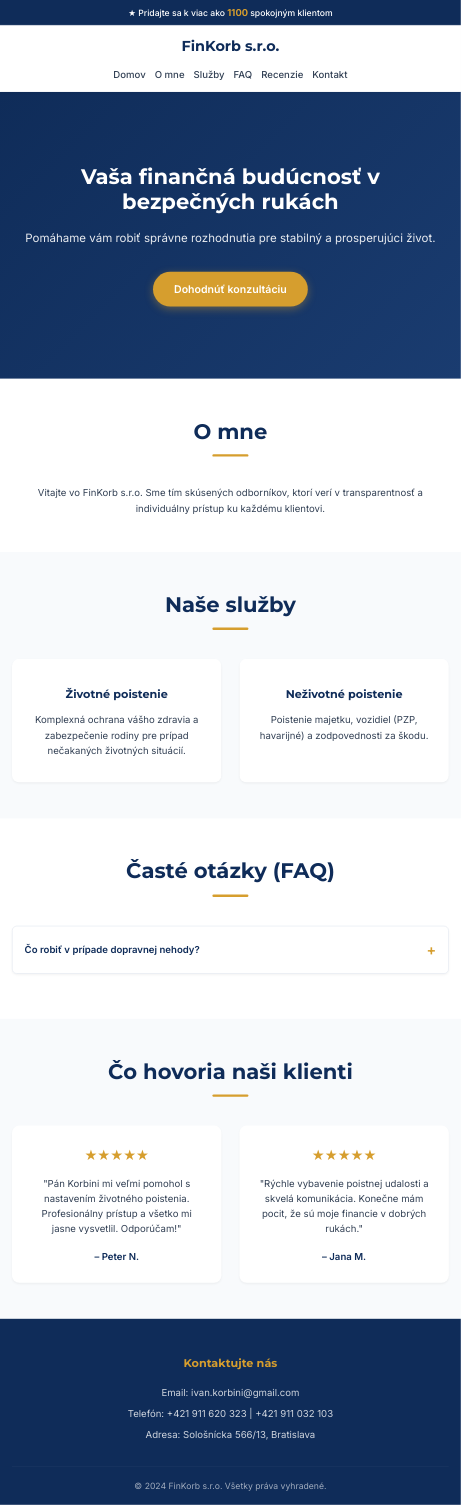
Repository: IvanK03/personal_web
Page: web/index.html
These files come from the project's save history. The page is drawn as it stood at one moment and after the next save; the edit follows.
The browser window is 768 px wide. The pictures show the whole page, at 60% of full size.

Above is the page before, as saved 2026-02-22 12:03:15.

### web/index.html
<!DOCTYPE html>
<html lang="sk">
<head>
    <meta charset="UTF-8">
    <meta name="viewport" content="width=device-width, initial-scale=1.0">
    <meta name="description" content="FinKorb s.r.o. - Komplexné finančné poradenstvo, poistenie, hypotéky a investovanie.">
    <title>FinKorb s.r.o. - Finančný poradca</title>
    <link rel="stylesheet" href="style.css">
</head>
<body>

    <!-- Hlavička s navigáciou -->
    <header>
        <div class="top-bar">
            ★ Pridajte sa k viac ako <strong class="pulse-number">1100</strong> spokojným klientom
        </div>
        <div class="container">
            <a href="#" class="logo">FinKorb s.r.o.</a>
            <nav>
                <ul>
                    <li><a href="#hero">Domov</a></li>
                    <li><a href="#o-mne">O mne</a></li>
                    <li><a href="#sluzby">Služby</a></li>
                    <li><a href="#faq">FAQ</a></li>
                    <li><a href="#recenzie">Recenzie</a></li>
                    <li><a href="#kontakt">Kontakt</a></li>
                </ul>
            </nav>
        </div>
    </header>

    <main>
        <!-- Hero sekcia -->
        <section id="hero">
            <div class="hero-content">
                <h1>Vaša finančná budúcnosť v bezpečných rukách</h1>
                <p>Pomáhame vám robiť správne rozhodnutia pre stabilný a prosperujúci život.</p>
                <a href="#kontakt" class="btn-primary">Dohodnúť konzultáciu</a>
            </div>
        </section>

        <!-- Sekcia O mne -->
        <section id="o-mne">
            <h2>O mne</h2>
            <p>Vitajte vo FinKorb s.r.o. Sme tím skúsených odborníkov, ktorí verí v transparentnosť a individuálny prístup ku každému klientovi.</p>
        </section>

        <!-- Sekcia Služby -->
        <section id="sluzby">
            <h2>Naše služby</h2>
            <div class="services-grid">
                <article class="service-item">
                    <h3>Životné poistenie</h3>
                    <p>Komplexná ochrana vášho zdravia a zabezpečenie rodiny pre prípad nečakaných životných situácií.</p>
                </article>
                <article class="service-item">
                    <h3>Neživotné poistenie</h3>
                    <p>Poistenie majetku, vozidiel (PZP, havarijné) a zodpovednosti za škodu.</p>
                </article>
            </div>
        </section>

        <!-- Sekcia Časté otázky (FAQ) -->
        <section id="faq">
            <h2>Časté otázky (FAQ)</h2>
            <details>
                <summary>Čo robiť v prípade dopravnej nehody?</summary>
                <p>Zachovajte pokoj, zabezpečte miesto nehody a skontrolujte zranenia. Ak je to nutné, volajte záchranné zložky (112). Pri väčšej škode alebo zranení je potrebné privolať políciu. Následne vyplňte správu, v prípade nejasností nás kontaktujte na čísle +421 911 620 323 alebo +421 911 032 103 – pomôžeme vám s nahlásením poistnej udalosti.</p>
            </details>
        </section>

        <!-- Sekcia Recenzie -->
        <section id="recenzie">
            <h2>Čo hovoria naši klienti</h2>
            <div class="reviews-grid">
                <article class="review-item">
                    <div class="stars">★★★★★</div>
                    <p>"Pán Korbini mi veľmi pomohol s nastavením životného poistenia. Profesionálny prístup a všetko mi jasne vysvetlil. Odporúčam!"</p>
                    <h4>– Peter N.</h4>
                </article>
                <article class="review-item">
                    <div class="stars">★★★★★</div>
                    <p>"Rýchle vybavenie poistnej udalosti a skvelá komunikácia. Konečne mám pocit, že sú moje financie v dobrých rukách."</p>
                    <h4>– Jana M.</h4>
                </article>
            </div>
        </section>
    </main>

    <!-- Päta s kontaktom -->
    <footer id="kontakt">
        <div class="footer-content">
            <h3>Kontaktujte nás</h3>
            <p>Email: ivan.korbini@gmail.com</p>
            <p>Telefón: +421 911 620 323 | +421 911 032 103</p>
            <p>Adresa: Sološnícka 566/13, Bratislava</p>
        </div>
        <p class="copyright">&copy; 2024 FinKorb s.r.o. Všetky práva vyhradené.</p>
    </footer>

    <script src="script.js"></script>
</body>
</html>

### web/style.css
/* Import Google Fonts */
@import url('https://fonts.googleapis.com/css2?family=Inter:wght@400;500;600&family=Montserrat:wght@600;700&display=swap');

/* Základné premenné pre konzistentný dizajn */
:root {
    --primary-color: #0f2c59; /* Tmavomodrá - Dôvera */
    --secondary-color: #1a3c70; /* Svetlejšia modrá pre gradienty */
    --accent-color: #d69e2e; /* Zlatá/Oranžová - Call to Action */
    --accent-hover: #b7791f;
    --text-dark: #334155;
    --text-light: #64748b;
    --bg-light: #f8fafc;
    --white: #ffffff;
    --shadow-sm: 0 2px 4px rgba(0, 0, 0, 0.05);
    --shadow-md: 0 4px 6px rgba(0, 0, 0, 0.1);
    --shadow-lg: 0 10px 15px rgba(0, 0, 0, 0.1);
    --transition: all 0.3s ease;
}

/* Reset a základné nastavenia */
* {
    margin: 0;
    padding: 0;
    box-sizing: border-box;
}

html {
    scroll-behavior: smooth;
}

body {
    font-family: 'Inter', sans-serif;
    line-height: 1.6;
    color: var(--text-dark);
    background-color: var(--white);
}

h1, h2, h3 {
    font-family: 'Montserrat', sans-serif;
    color: var(--primary-color);
    margin-bottom: 1rem;
}

h2 {
    font-size: 2.2rem;
    text-align: center;
    margin-bottom: 3rem;
    position: relative;
}

/* Dekoratívna čiara pod nadpismi sekcií */
h2::after {
    content: '';
    display: block;
    width: 60px;
    height: 4px;
    background-color: var(--accent-color);
    margin: 10px auto 0;
    border-radius: 2px;
}

a {
    text-decoration: none;
    color: inherit;
}

ul {
    list-style: none;
}

/* Layout utility */
.container {
    max-width: 1200px;
    margin: 0 auto;
    padding: 0 20px;
}

section {
    padding: 80px 20px;
    max-width: 1200px;
    margin: 0 auto;
}

/* Hlavička a Navigácia */
header {
    background-color: var(--white);
    box-shadow: var(--shadow-sm);
    position: sticky;
    top: 0;
    z-index: 1000;
    padding: 0; /* Padding presunieme na container kvôli top-bar */
}

/* Horná lišta s počtom klientov */
.top-bar {
    background-color: var(--primary-color);
    color: var(--white);
    text-align: center;
    padding: 8px 0;
    font-size: 0.9rem;
    font-weight: 500;
    border-bottom: 1px solid rgba(255, 255, 255, 0.1);
}

.pulse-number {
    color: var(--accent-color);
    font-weight: 800;
    font-size: 1.1em;
    animation: pulse-gold 2s infinite;
}

@keyframes pulse-gold {
    0% { text-shadow: 0 0 0 rgba(214, 158, 46, 0.4); }
    50% { text-shadow: 0 0 10px rgba(214, 158, 46, 0.8); color: #ecc94b; }
    100% { text-shadow: 0 0 0 rgba(214, 158, 46, 0.4); }
}

/* Štýl pre prilepenú hlavičku pri scrollovaní */
header.scrolled {
    background-color: rgba(255, 255, 255, 0.95); /* Jemne priehľadná biela */
    backdrop-filter: blur(5px); /* Rozostrenie pozadia */
    box-shadow: var(--shadow-md);
    transition: all 0.3s ease;
}

header .container {
    display: flex;
    justify-content: space-between;
    align-items: center;
    padding-top: 1rem;
    padding-bottom: 1rem;
    transition: var(--transition);
}

header.scrolled .container {
    padding-top: 0.5rem;
    padding-bottom: 0.5rem;
}

.logo {
    font-family: 'Montserrat', sans-serif;
    font-size: 1.5rem;
    font-weight: 700;
    color: var(--primary-color);
}

nav ul {
    display: flex;
    gap: 30px;
}

nav a {
    font-weight: 500;
    color: var(--text-dark);
    transition: var(--transition);
}

nav a:hover {
    color: var(--accent-color);
}

/* Hero Sekcia */
#hero {
    background: linear-gradient(135deg, var(--primary-color), var(--secondary-color));
    color: var(--white);
    text-align: center;
    padding: 120px 20px;
    max-width: 100%; /* Hero roztiahneme na celú šírku */
}

.hero-content {
    max-width: 800px;
    margin: 0 auto;
}

#hero h1 {
    color: var(--white);
    font-size: 3rem;
    margin-bottom: 1.5rem;
    line-height: 1.2;
}

#hero p {
    font-size: 1.2rem;
    margin-bottom: 2.5rem;
    opacity: 0.9;
}

/* Tlačidlá */
.btn-primary {
    display: inline-block;
    background-color: var(--accent-color);
    color: var(--white);
    padding: 15px 35px;
    border-radius: 50px;
    font-weight: 600;
    font-size: 1.1rem;
    transition: var(--transition);
    box-shadow: 0 4px 15px rgba(214, 158, 46, 0.4);
}

.btn-primary:hover {
    background-color: var(--accent-hover);
    transform: translateY(-3px);
    box-shadow: 0 6px 20px rgba(214, 158, 46, 0.6);
}

/* Sekcia O mne */
#o-mne {
    text-align: center;
    max-width: 800px;
}

/* Sekcia Služby - Grid */
#sluzby {
    background-color: var(--bg-light);
    max-width: 100%; /* Pozadie na celú šírku */
}

.services-grid {
    display: grid;
    grid-template-columns: repeat(auto-fit, minmax(300px, 1fr));
    gap: 30px;
    max-width: 1200px;
    margin: 0 auto;
}

.service-item {
    background: var(--white);
    padding: 40px 30px;
    border-radius: 12px;
    box-shadow: var(--shadow-sm);
    transition: var(--transition);
    text-align: center;
    border-top: 4px solid transparent;
}

.service-item:hover {
    transform: translateY(-10px);
    box-shadow: var(--shadow-lg);
    border-top: 4px solid var(--accent-color);
}

.service-item h3 {
    margin-bottom: 15px;
}

/* FAQ Sekcia */
details {
    background-color: var(--white);
    margin-bottom: 15px;
    border-radius: 8px;
    box-shadow: var(--shadow-sm);
    overflow: hidden;
    border: 1px solid #e2e8f0;
}

summary {
    padding: 20px;
    cursor: pointer;
    font-weight: 600;
    color: var(--primary-color);
    list-style: none; /* Skryje defaultnú šípku */
    position: relative;
    display: flex;
    justify-content: space-between;
    align-items: center;
}

summary::-webkit-details-marker {
    display: none;
}

summary::after {
    content: '+';
    font-size: 1.5rem;
    color: var(--accent-color);
    font-weight: bold;
}

details[open] summary::after {
    content: '-';
}

details p {
    padding: 0 20px 20px 20px;
    color: var(--text-light);
    border-top: 1px solid #f1f5f9;
    margin-top: 0;
    padding-top: 15px;
    /* Animácia pre plynulé zobrazenie textu */
    animation: fadeIn 0.4s ease-out;
}

@keyframes fadeIn {
    from {
        opacity: 0;
        transform: translateY(-10px);
    }
    to {
        opacity: 1;
        transform: translateY(0);
    }
}

/* Recenzie Sekcia */
#recenzie {
    background-color: var(--bg-light);
    max-width: 100%;
}

.reviews-grid {
    display: grid;
    grid-template-columns: repeat(auto-fit, minmax(300px, 1fr));
    gap: 30px;
    max-width: 1200px;
    margin: 0 auto;
}

.review-item {
    background: var(--white);
    padding: 30px;
    border-radius: 12px;
    box-shadow: var(--shadow-sm);
    text-align: center;
}

.stars {
    color: var(--accent-color);
    font-size: 1.5rem;
    margin-bottom: 15px;
}

.review-item h4 {
    margin-top: 20px;
    color: var(--primary-color);
}

/* Päta */
footer {
    background-color: var(--primary-color);
    color: var(--white);
    text-align: center;
    padding: 60px 20px 20px;
}

.footer-content h3 {
    color: var(--accent-color);
    margin-bottom: 20px;
}

.footer-content p {
    margin-bottom: 10px;
    opacity: 0.8;
}

.copyright {
    margin-top: 40px;
    padding-top: 20px;
    border-top: 1px solid rgba(255, 255, 255, 0.1);
    font-size: 0.9rem;
    opacity: 0.6;
}

/* Responzivita pre mobily */
@media (max-width: 768px) {
    header .container {
        flex-direction: column;
        gap: 15px;
    }

    nav ul {
        flex-wrap: wrap;
        justify-content: center;
        gap: 15px;
    }

    #hero h1 {
        font-size: 2.2rem;
    }

    section {
        padding: 60px 20px;
    }
}

### web/script.js
document.addEventListener('DOMContentLoaded', () => {

    // --- 1. Sticky Header (Prilepenie hlavičky) ---
    const header = document.querySelector('header');

    window.addEventListener('scroll', () => {
        // Ak sme odscrollovali viac ako 50px, pridáme triedu 'scrolled'
        if (window.scrollY > 50) {
            header.classList.add('scrolled');
        } else {
            header.classList.remove('scrolled');
        }
    });

    // --- 2. Interaktívne FAQ (Akordeón) ---
    const detailsElements = document.querySelectorAll('details');

    detailsElements.forEach(detail => {
        detail.addEventListener('click', (e) => {
            // Zistíme, či sa kliklo na <summary> (hlavičku otázky)
            if (e.target.tagName.toLowerCase() === 'summary') {
                // Ak sa práve otvára (ešte nie je 'open'), zatvoríme ostatné
                if (!detail.hasAttribute('open')) {
                    detailsElements.forEach(otherDetail => {
                        if (otherDetail !== detail) {
                            otherDetail.removeAttribute('open');
                        }
                    });
                }
            }
        });
    });
});

After the next save:
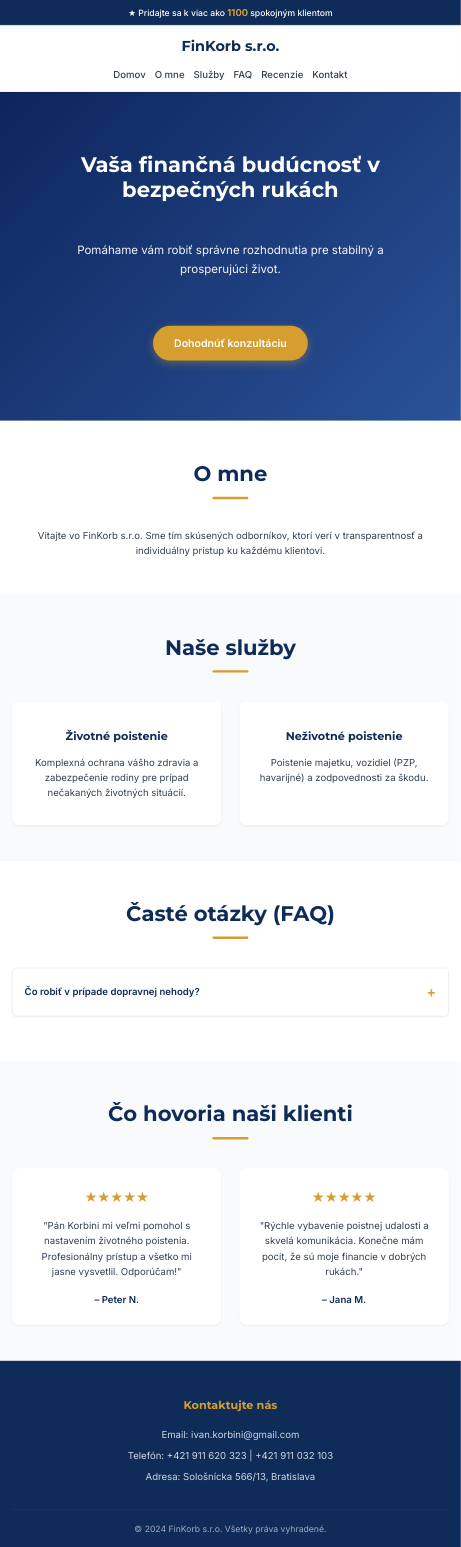
Saved 8 min 25 s later.
--- a/web/style.css
+++ b/web/style.css
@@ -161,21 +161,45 @@
 
 /* Hero Sekcia */
 #hero {
-    background: linear-gradient(135deg, var(--primary-color), var(--secondary-color));
+    background: linear-gradient(135deg, #0d255c, #2a5298); /* Nový hlbší gradient */
     color: var(--white);
-    text-align: center;
-    padding: 120px 20px;
+    padding: 100px 20px;
     max-width: 100%; /* Hero roztiahneme na celú šírku */
+    overflow: hidden;
 }
 
 .hero-content {
-    max-width: 800px;
+    max-width: 1200px;
     margin: 0 auto;
+    display: flex;
+    align-items: center;
+    justify-content: space-between;
+    gap: 50px;
+    text-align: left;
+}
+
+.hero-text {
+    flex: 1;
+}
+
+.hero-image {
+    flex: 1;
+    display: flex;
+    justify-content: center;
+}
+
+.hero-image img {
+    max-width: 100%;
+    height: auto;
+    border-radius: 20px;
+    box-shadow: 0 20px 40px rgba(0, 0, 0, 0.3);
+    border: 4px solid rgba(255, 255, 255, 0.1);
+    object-fit: cover;
 }
 
 #hero h1 {
     color: var(--white);
-    font-size: 3rem;
+    font-size: 3.5rem;
     margin-bottom: 1.5rem;
     line-height: 1.2;
 }
@@ -183,7 +207,8 @@
 #hero p {
     font-size: 1.2rem;
     margin-bottom: 2.5rem;
-    opacity: 0.9;
+    opacity: 0.95;
+    max-width: 600px;
 }
 
 /* Tlačidlá */
@@ -379,6 +404,17 @@
         font-size: 2.2rem;
     }
 
+    .hero-content {
+        flex-direction: column;
+        text-align: center;
+        gap: 40px;
+    }
+
+    #hero p {
+        margin-left: auto;
+        margin-right: auto;
+    }
+
     section {
         padding: 60px 20px;
     }
